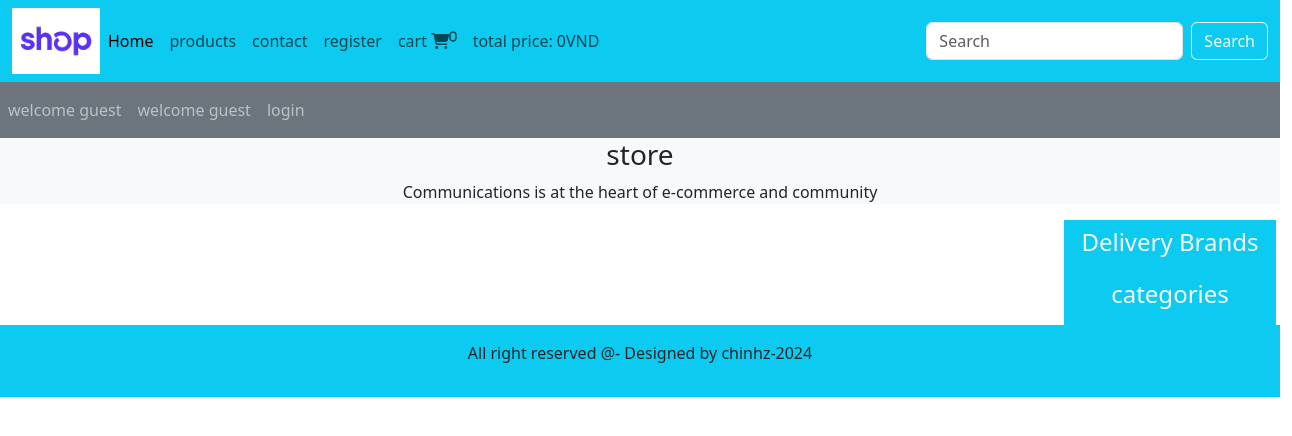
Repository: hahuuchinh2501/ecommerce_web
Page: http://localhost/
An editor plug-in stored every save of this project. The page is shown before and after the next save, followed by the edit.
The browser window is 1280 px wide. The page is 1292 px wide, so the pictures cover 1292 px, including what lies to the right of the window. The pictures show the whole page.
The page is run by PHP 8.4 with error messages shown; the project is at /var/www/html/. Queries for data that is not in the repository find no rows.

Above is the page before, as saved 2025-02-14 11:17:42.

### index.php
<?php
include('includes/connect.php');
include('functions/common_function.php');
session_start();
?>



<!DOCTYPE html>
<html lang="en">

<head>
    <meta charset="UTF-8">
    <meta name="viewport" content="width=device-width, initial-scale=1.0">
    <title>website</title>
    <link href="https://cdn.jsdelivr.net/npm/bootstrap@5.3.3/dist/css/bootstrap.min.css" rel="stylesheet"
        integrity="sha384-QWTKZyjpPEjISv5WaRU9OFeRpok6YctnYmDr5pNlyT2bRjXh0JMhjY6hW+ALEwIH" crossorigin="anonymous">
    <link rel="stylesheet" href="https://cdnjs.cloudflare.com/ajax/libs/font-awesome/6.5.2/css/all.min.css"
        integrity="sha512-SnH5WK+bZxgPHs44uWIX+LLJAJ9/2PkPKZ5QiAj6Ta86w+fsb2TkcmfRyVX3pBnMFcV7oQPJkl9QevSCWr3W6A=="
        crossorigin="anonymous" referrerpolicy="no-referrer" />
    <link rel="stylesheet" href="style.css">

</head>
<style>
    body {
        overflow-x: hidden;
    }
</style>

<body>
    <!-- navbar -->
    <div class="container-fluid p-0">
        <nav class="navbar navbar-expand-lg bg-info">
            <div class="container-fluid">
                <img src="./images/shop.jpg" alt="" class="logo">
                <button class="navbar-toggler" type="button" data-bs-toggle="collapse"
                    data-bs-target="#navbarSupportedContent" aria-controls="navbarSupportedContent"
                    aria-expanded="false" aria-label="Toggle navigation">
                    <span class="navbar-toggler-icon"></span>
                </button>
                <div class="collapse navbar-collapse" id="navbarSupportedContent">
                    <ul class="navbar-nav me-auto mb-2 mb-lg-0">
                        <li class="nav-item">
                            <a class="nav-link active" aria-current="page" href="index.php">Home</a>
                        </li>
                        <li class="nav-item">
                            <a class="nav-link" href="display_all.php">products</a>
                        </li>
                        <li class="nav-item">
                            <a class="nav-link" href="#">contact</a>
                        </li>
                        <li class="nav-item">
                            <a class="nav-link" href="./users_area/user_registration.php">register</a>
                        </li>
                        <li class="nav-item">
                            <a class="nav-link" href="cart.php">cart <i
                                    class="fa-solid fa-cart-shopping"><sup><?php cart_item(); ?></sup></i></a>
                        </li>
                        <li class="nav-item">
                            <a class="nav-link" href="#">total price: <?php total_cart_price(); ?>VND </a>
                        </li>
                    </ul>
                    <form class="d-flex" role="search" action="search_product.php" method="get">
                        <input class="form-control me-2" type="search" placeholder="Search" aria-label="Search"
                            name="search_data">
                        <!-- <button class="btn btn-outline-success" type="submit">Search</button> -->
                        <input type="submit" value="Search" class="btn btn-outline-light" name="search_data_product">
                    </form>
                </div>
            </div>
        </nav>

        <!-- call function cart -->
        <?php
        cart();
        ?>

        <nav class="navbar navbar-expand-lg navbar-dark bg-secondary">
            <ul class="navbar-nav me-auto">
                <li class="nav-item">
                    <a class="nav-link" href="#">welcome guest</a>
                </li>
                <?php
                if (!isset($_SESSION['username'])) {
                    echo "   <li class='nav-item'>
                            <a class='nav-link' href='#'>welcome guest</a>
                        </li>";
                } else {
                    echo "    <li class='nav-item'>
                            <a class='nav-link' href='#'>welcome " . $_SESSION['username'] . "</a>
                        </li>";
                }
                if (!isset($_SESSION['username'])) {
                    echo "  <li class='nav-item'>
                    <a class='nav-link' href='./users_area/user_login.php'>login</a>
                </li>";
                } else {
                    echo "  <li class='nav-item'>
                    <a class='nav-link' href='logout.php'>logout</a>
                </li>";
                }
                ?>

            </ul>
        </nav>
        <div class="bg-light">
            <h3 class="text-center">store</h3>
            <p class="text-center">Communications is at the heart of e-commerce and community</p>
        </div>

        <div class="row px-3">
            <div class="col-md-10">
                <div class="row">
                    <!-- fetching products -->

                    <?php
                    getproducts();
                    get_unique_categories();
                    get_unique_brands();
                    // $ip = getIPAddress();
                    // echo 'User Real IP Address - ' . $ip;
                    ?>
                    <!-- <div class="col-md-4 mb-4">
                        <div class="card">
                            <img src="./images/4.jpg" class="card-img-top" alt="...">
                            <div class="card-body">
                                <h5 class="card-title">Card title</h5>
                                <p class="card-text">Some quick example text to build on the card title and make up the bulk of the card's content.</p>
                                <a href="#" class="btn btn-info">Add to cart</a>
                                <a href="#" class="btn btn-secondary">View more</a>
                            </div>
                        </div>
                    </div> -->




                    <!-- row end    -->
                </div>
                <!-- col end -->
            </div>

            <div class="col-md-2 bg-secondary p-0">
                <!--branch-->
                <ul class="navbar-nav me-auto text-center">
                    <li class="nav-item bg-info">
                        <a href="#" class="nav-link text-light">
                            <h4>Delivery Brands</h4>
                        </a>
                    </li>

                    <?php
                    // $select_brands="select * from `brands`";
                    // $result_brands=mysqli_query($con,$select_brands);
                    // // $row_data=mysqli_fetch_assoc($result_brands);
                    // // echo $row_data['brand_title'];
                    // // echo $row_data['brand_title'];
                    // while($row_data=mysqli_fetch_assoc($result_brands)){
                    //     $brand_title=$row_data['brand_title'];
                    //     $brand_id=$row_data['brand_id'];
                    //     echo "<li class='nav-item'>
                    //     <a href='index.php?brand=$brand_id' class='nav-link text-light'> $brand_title</a>
                    // </li>";
                    // }
                    getbrands();

                    ?>


                    <!-- <li class="nav-item">
                        <a href="#" class="nav-link text-light"> Brands1</a>
                    </li>
                    <li class="nav-item">
                        <a href="#" class="nav-link text-light"> Brands2</a>
                    </li>
                    <li class="nav-item">
                        <a href="#" class="nav-link text-light"> Brands3</a>
                    </li>
                    <li class="nav-item">
                        <a href="#" class="nav-link text-light"> Brands4</a>
                    </li>
                    <li class="nav-item">
                        <a href="#" class="nav-link text-light"> Brands3</a>
                    </li> -->
                </ul>


                <!--category-->
                <ul class="navbar-nav me-auto text-center">
                    <li class="nav-item bg-info">
                        <a href="#" class="nav-link text-light">
                            <h4>categories</h4>
                        </a>
                    </li>

                    <?php
                    // $select_categories="select * from `categories`";
                    // $result_categories=mysqli_query($con,$select_categories);
                    // // $row_data=mysqli_fetch_assoc($result_brands);
                    // // echo $row_data['brand_title'];
                    // // echo $row_data['brand_title'];
                    // while($row_data=mysqli_fetch_assoc($result_categories)){
                    //     $category_title=$row_data['category_title'];
                    //     $category_id=$row_data['category_id'];
                    //     echo "<li class='nav-item'>
                    //     <a href='index.php?category=$category_id' class='nav-link text-light'> $category_title</a>
                    // </li>";
                    // }
                    getcategories();
                    ?>




                    <!-- <li class="nav-item">
                        <a href="#" class="nav-link text-light">categories</a>
                    </li>
                    <li class="nav-item">
                        <a href="#" class="nav-link text-light"> categories</a>
                    </li>
                    <li class="nav-item">
                        <a href="#" class="nav-link text-light"> categories</a>
                    </li>
                    <li class="nav-item">
                        <a href="#" class="nav-link text-light"> categories</a>
                    </li>
                    <li class="nav-item">
                        <a href="#" class="nav-link text-light">categories</a>
                    </li> -->
                </ul>
            </div>
        </div>

        <!-- include footer  -->
        <?php
        include("./includes/footer.php")
            ?>
    </div>

    <script src="https://cdn.jsdelivr.net/npm/bootstrap@5.3.3/dist/js/bootstrap.bundle.min.js"
        integrity="sha384-YvpcrYf0tY3lHB60NNkmXc5s9fDVZLESaAA55NDzOxhy9GkcIdslK1eN7N6jIeHz"
        crossorigin="anonymous"></script>
</body>

</html>

### includes/connect.php
<?php

$con = mysqli_connect('127.0.0.1:3316', 'root', '123', 'myshop');
if (!$con) {
    die(mysqli_error($con));
}


?>

### functions/common_function.php
<?php
// include('./includes/connect.php');


function getproducts()
{

    global $con;
    //condition to check isset or not
    if (!isset($_GET['category'])) {
        if (!isset($_GET['brand'])) {
            $select_query = "Select * from `products` order by rand() LIMIT 0,9";
            $result_query = mysqli_query($con, $select_query);
            // $row=mysqli_fetch_assoc($result_query);
            // echo $row['product_title'];
            while ($row = mysqli_fetch_assoc($result_query)) {
                $product_id = $row['product_id'];
                $product_title = $row['product_title'];
                $product_description = $row['product_description'];
                $product_image1 = $row['product_image1'];
                $product_price = $row['product_price'];
                $category_id = $row['category_id'];
                $brand_id = $row['brand_id'];
                echo "<div class='col-md-4 mb-2'>
                        <div class='card'>
                            <img src='./admin_area/product_images/$product_image1' class='card-img-top' alt='...'>
                            <div class='card-body'>
                                <h5 class='card-title'>$product_title</h5>
                                <p class='card-text'>$product_description</p>
                                <p class='card-text'>Giá: $product_price</p>
                                <a href='index.php?add_to_cart=$product_id' class='btn btn-info'>Add to cart</a>
                                <a href='product_details.php?product_id=$product_id' class='btn btn-secondary'>View more</a>
                            </div>
                        </div>
                    </div>";
            }
        }

    }
}

// getting all product
function get_all_products()
{
    global $con;
    //condition to check isset or not
    if (!isset($_GET['category'])) {
        if (!isset($_GET['brand'])) {
            $select_query = "Select * from `products` order by rand()";
            $result_query = mysqli_query($con, $select_query);
            // $row=mysqli_fetch_assoc($result_query);
            // echo $row['product_title'];
            while ($row = mysqli_fetch_assoc($result_query)) {
                $product_id = $row['product_id'];
                $product_title = $row['product_title'];
                $product_description = $row['product_description'];
                $product_image1 = $row['product_image1'];
                $product_price = $row['product_price'];
                $category_id = $row['category_id'];
                $brand_id = $row['brand_id'];
                echo "<div class='col-md-4 mb-2'>
                        <div class='card'>
                            <img src='./admin_area/product_images/$product_image1' class='card-img-top' alt='...'>
                            <div class='card-body'>
                                <h5 class='card-title'>$product_title</h5>
                                <p class='card-text'>$product_description</p>
                                <p class='card-text'>Giá: $product_price</p>
                                <a href='index.php?add_to_cart=$product_id' class='btn btn-info'>Add to cart</a>
                                <a href='product_details.php?product_id=$product_id' class='btn btn-secondary'>View more</a>
                            </div>
                        </div>
                    </div>";
            }
        }

    }
}


//getting unique categories
function get_unique_categories()
{

    global $con;
    //condition to check isset or not
    if (isset($_GET['category'])) {
        $category_id = $_GET['category'];
        $select_query = "Select * from `products` where category_id=$category_id";
        $result_query = mysqli_query($con, $select_query);
        $num_of_rows = mysqli_num_rows($result_query);
        if ($num_of_rows == 0) {
            echo "<h2 class='text-center text-danger'> No stock for this category</h2>";
        }
        // $row=mysqli_fetch_assoc($result_query);
        // echo $row['product_title'];
        while ($row = mysqli_fetch_assoc($result_query)) {
            $product_id = $row['product_id'];
            $product_title = $row['product_title'];
            $product_description = $row['product_description'];
            $product_image1 = $row['product_image1'];
            $product_price = $row['product_price'];
            $category_id = $row['category_id'];
            $brand_id = $row['brand_id'];
            echo "<div class='col-md-4 mb-2'>
                        <div class='card'>
                            <img src='./admin_area/product_images/$product_image1' class='card-img-top' alt='...'>
                            <div class='card-body'>
                                <h5 class='card-title'>$product_title</h5>
                                <p class='card-text'>$product_description</p>
                                <p class='card-text'>Giá: $product_price</p>
                                <a href='index.php?add_to_cart=$product_id' class='btn btn-info'>Add to cart</a>
                                 <a href='product_details.php?product_id=$product_id' class='btn btn-secondary'>View more</a>
                            </div>
                        </div>
                    </div>";
        }
    }

}


//getting unique brands
function get_unique_brands()
{

    global $con;
    //condition to check isset or not
    if (isset($_GET['brand'])) {
        $brand_id = $_GET['brand'];
        $select_query = "Select * from `products` where brand_id=$brand_id";
        $result_query = mysqli_query($con, $select_query);
        $num_of_rows = mysqli_num_rows($result_query);
        if ($num_of_rows == 0) {
            echo "<h2 class='text-center text-danger'> this brand available for service</h2>";
        }
        // $row=mysqli_fetch_assoc($result_query);
        // echo $row['product_title'];
        while ($row = mysqli_fetch_assoc($result_query)) {
            $product_id = $row['product_id'];
            $product_title = $row['product_title'];
            $product_description = $row['product_description'];
            $product_image1 = $row['product_image1'];
            $product_price = $row['product_price'];
            $category_id = $row['category_id'];
            $brand_id = $row['brand_id'];
            echo "<div class='col-md-4 mb-2'>
                        <div class='card'>
                            <img src='./admin_area/product_images/$product_image1' class='card-img-top' alt='...'>
                            <div class='card-body'>
                                <h5 class='card-title'>$product_title</h5>
                                <p class='card-text'>$product_description</p>
                                <p class='card-text'>Giá: $product_price</p>
                                <a href='index.php?add_to_cart=$product_id' class='btn btn-info'>Add to cart</a>
                                <a href='product_details.php?product_id=$product_id' class='btn btn-secondary'>View more</a>
                            </div>
                        </div>
                    </div>";
        }
    }

}



function getbrands()
{
    global $con;
    $select_brands = "select * from `brands`";
    $result_brands = mysqli_query($con, $select_brands);
    // $row_data=mysqli_fetch_assoc($result_brands);
    // echo $row_data['brand_title'];
    // echo $row_data['brand_title'];
    while ($row_data = mysqli_fetch_assoc($result_brands)) {
        $brand_title = $row_data['brand_title'];
        $brand_id = $row_data['brand_id'];
        echo "<li class='nav-item'>
                        <a href='index.php?brand=$brand_id' class='nav-link text-light'> $brand_title</a>
                    </li>";
    }
}

function getcategories()
{
    global $con;
    $select_categories = "select * from `categories`";
    $result_categories = mysqli_query($con, $select_categories);
    // $row_data=mysqli_fetch_assoc($result_brands);
    // echo $row_data['brand_title'];
    // echo $row_data['brand_title'];
    while ($row_data = mysqli_fetch_assoc($result_categories)) {
        $category_title = $row_data['category_title'];
        $category_id = $row_data['category_id'];
        echo "<li class='nav-item'>
                        <a href='index.php?category=$category_id' class='nav-link text-light'> $category_title</a>
                    </li>";
    }
}

//function search product

function search_product()
{
    global $con;
    if (isset($_GET['search_data_product'])) {
        $search_data_value = $_GET['search_data'];
        $search_query = "Select * from `products` where product_keywords like '%$search_data_value%'";
        $result_query = mysqli_query($con, $search_query);
        $num_of_rows = mysqli_num_rows($result_query);
        if ($num_of_rows == 0) {
            echo "<h2 class='text-center text-danger'> No have product this category</h2>";
        }
        while ($row = mysqli_fetch_assoc($result_query)) {
            $product_id = $row['product_id'];
            $product_title = $row['product_title'];
            $product_description = $row['product_description'];
            $product_image1 = $row['product_image1'];
            $product_price = $row['product_price'];
            $category_id = $row['category_id'];
            $brand_id = $row['brand_id'];
            echo "<div class='col-md-4 mb-2'>
                        <div class='card'>
                            <img src='./admin_area/product_images/$product_image1' class='card-img-top' alt='...'>
                            <div class='card-body'>
                                <h5 class='card-title'>$product_title</h5>
                                <p class='card-text'>$product_description</p>
                                <p class='card-text'>Giá: $product_price</p>
                                <a href='index.php?add_to_cart=$product_id' class='btn btn-info'>Add to cart</a>
                                 <a href='product_details.php?product_id=$product_id' class='btn btn-secondary'>View more</a>
                            </div>
                        </div>
                    </div>";
        }
    }
}


// view details product
function view_details()
{
    global $con;
    //condition to check isset or not
    if (isset($_GET['product_id'])) {
        if (!isset($_GET['category'])) {
            if (!isset($_GET['brand'])) {
                $product_id = $_GET['product_id'];
                $select_query = "Select * from `products` where product_id=$product_id";
                $result_query = mysqli_query($con, $select_query);
                while ($row = mysqli_fetch_assoc($result_query)) {
                    $product_id = $row['product_id'];
                    $product_title = $row['product_title'];
                    $product_description = $row['product_description'];
                    $product_image1 = $row['product_image1'];
                    $product_image2 = $row['product_image2'];
                    $product_image3 = $row['product_image3'];
                    $product_price = $row['product_price'];
                    $category_id = $row['category_id'];
                    $brand_id = $row['brand_id'];
                    echo "<div class='col-md-4 mb-2'>
                        <div class='card'>
                            <img src='./admin_area/product_images/$product_image1' class='card-img-top' alt='$product_title'>
                            <div class='card-body'>
                                <h5 class='card-title'>$product_title</h5>
                                <p class='card-text'>$product_description</p>
                                <p class='card-text'>Giá: $product_price</p>
                                <a href='index.php?add_to_cart=$product_id' class='btn btn-info'>Add to cart</a>
                                <a href='index.php' class='btn btn-secondary'>go home</a>
                            </div>
                        </div>
                    </div>

                     <div class='col-md-8'>
                     <div class='row'>
                        <div class='col-md-12'>
                            <h4 class='text-center text-info mb-5 '>relate products</h4>
                        </div>
                        <div class='col-md-6'>
                            <img src='./admin_area/product_images/$product_image2' class='card-img-top'
                                alt='$product_title'>
                        </div>
                        <div class='col-md-6'>
                            <img src='./admin_area/product_images/$product_image3' class='card-img-top'
                                alt='$product_title'>
                        </div>
                    </div>

                    </div>
                    ";
                }
            }

        }
    }
}

//get ip address
function getIPAddress()
{
    //whether ip is from the share internet
    if (!empty($_SERVER['HTTP_CLIENT_IP'])) {
        $ip = $_SERVER['HTTP_CLIENT_IP'];
    }
    //whether ip is from the proxy
    elseif (!empty($_SERVER['HTTP_X_FORWARDED_FOR'])) {
        $ip = $_SERVER['HTTP_X_FORWARDED_FOR'];
    }
    //whether ip is from the remote address
    else {
        $ip = $_SERVER['REMOTE_ADDR'];
    }
    return $ip;
}
// $ip = getIPAddress();
// echo 'User Real IP Address - ' . $ip;


function cart()
{
    if (isset($_GET['add_to_cart'])) {
        global $con;
        $get_ip_add = getIPAddress();
        $get_product_id = $_GET['add_to_cart'];
        $select_query = "Select * from `cart_details` where ip_address='$get_ip_add' and product_id=$get_product_id";
        $result_query = mysqli_query($con, $select_query);
        $num_of_rows = mysqli_num_rows($result_query);
        if ($num_of_rows > 0) {
            echo "<script>alert('this item is already present inside cart')</script>";
            echo "<script>window.open('index.php','_self')</script>";
        } else {
            $insert_query = "insert into `cart_details` (product_id,ip_address,quantity) values ($get_product_id,'$get_ip_add',0)";
            $result_query = mysqli_query($con, $insert_query);
            echo "<script>alert('item is added to cart')</script>";
            echo "<script>window.open('index.php','_self')</script>";

        }
    }
}

// cart item
function cart_item()
{
    if (isset($_GET['add_to_cart'])) {
        global $con;
        $get_ip_add = getIPAddress();

        $select_query = "Select * from `cart_details` where ip_address='$get_ip_add'";
        $result_query = mysqli_query($con, $select_query);
        $count_cart_items = mysqli_num_rows($result_query);
    } else {
        global $con;
        $get_ip_add = getIPAddress();

        $select_query = "Select * from `cart_details` where ip_address='$get_ip_add'";
        $result_query = mysqli_query($con, $select_query);
        $count_cart_items = mysqli_num_rows($result_query);
    }
    echo $count_cart_items;
}

//total price function

function total_cart_price()
{
    global $con;
    $get_ip_add = getIPAddress();
    $total_price = 0;

    $cart_query = "Select * from `cart_details` where ip_address='$get_ip_add'";
    $result = mysqli_query($con, $cart_query);
    while ($row = mysqli_fetch_array($result)) {
        $product_id = $row['product_id'];
        $select_products = "Select * from `products` where product_id='$product_id'";
        $result_products = mysqli_query($con, $select_products);
        while ($row_product_price = mysqli_fetch_array($result_products)) {
            $product_price = array($row_product_price['product_price']);
            $product_values = array_sum($product_price);
            $total_price += $product_values;
        }
    }
    echo $total_price;
}

?>

### includes/footer.php
<div class="bg-info p-3 text-center">
    <p>All right reserved @- Designed by chinhz-2024</p>
</div>

### style.css
* {
    margin: 0;
    padding: 0;
    box-sizing: border-box;

}


.logo {
    width: 7%;
    height: 7%;
}

     .card-img-top {
            height: 360px; /* Đặt chiều cao cố định */
            object-fit: cover; /* Đảm bảo hình ảnh vừa khung và không bị biến dạng */
        }

.cart_img {
    width:50px;
    height:50px;
}

After the next save:
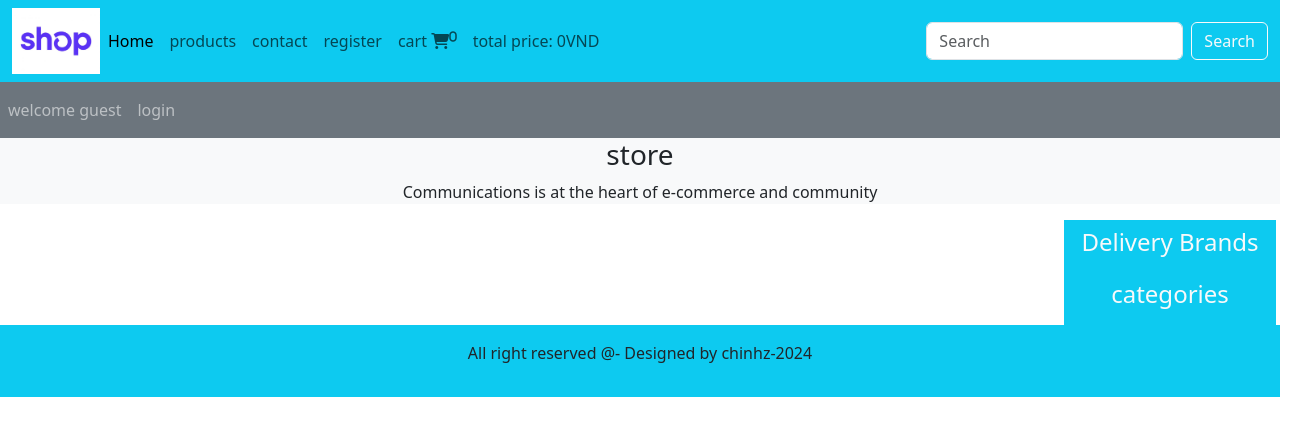
Saved 47 s later.
--- a/index.php
+++ b/index.php
@@ -77,9 +77,7 @@
 
         <nav class="navbar navbar-expand-lg navbar-dark bg-secondary">
             <ul class="navbar-nav me-auto">
-                <li class="nav-item">
-                    <a class="nav-link" href="#">welcome guest</a>
-                </li>
+
                 <?php
                 if (!isset($_SESSION['username'])) {
                     echo "   <li class='nav-item'>
